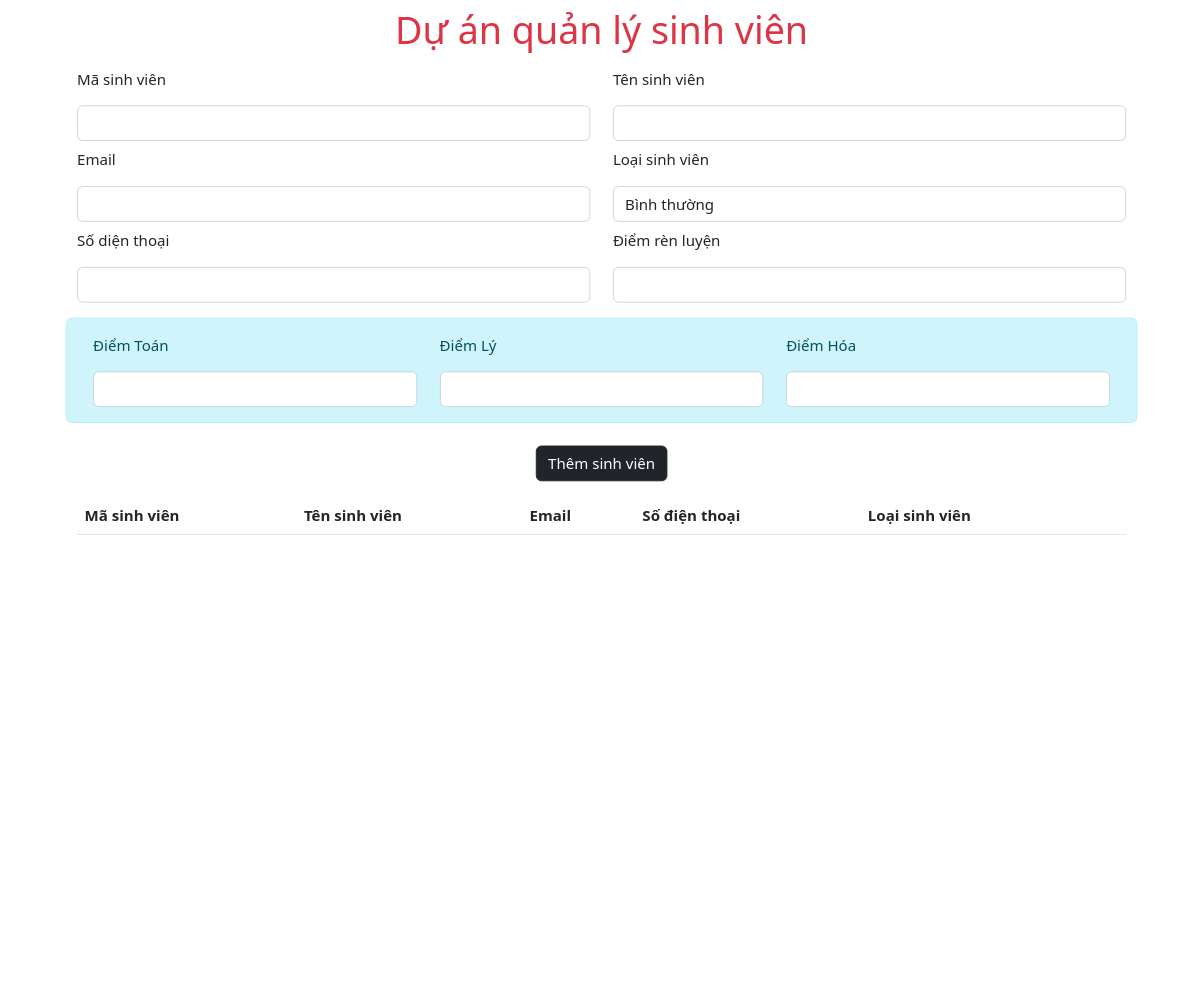
Repository: hcozyph/Cybersoft_JS_OOP
Page: index.html
An editor plug-in stored every save of this project. The page is shown before and after the next save, followed by the edit.
The browser window is 1280 px wide. The pictures show the whole page, at 94% of full size.

Above is the page before, as saved 2023-02-26 09:33:11.

After the next save:
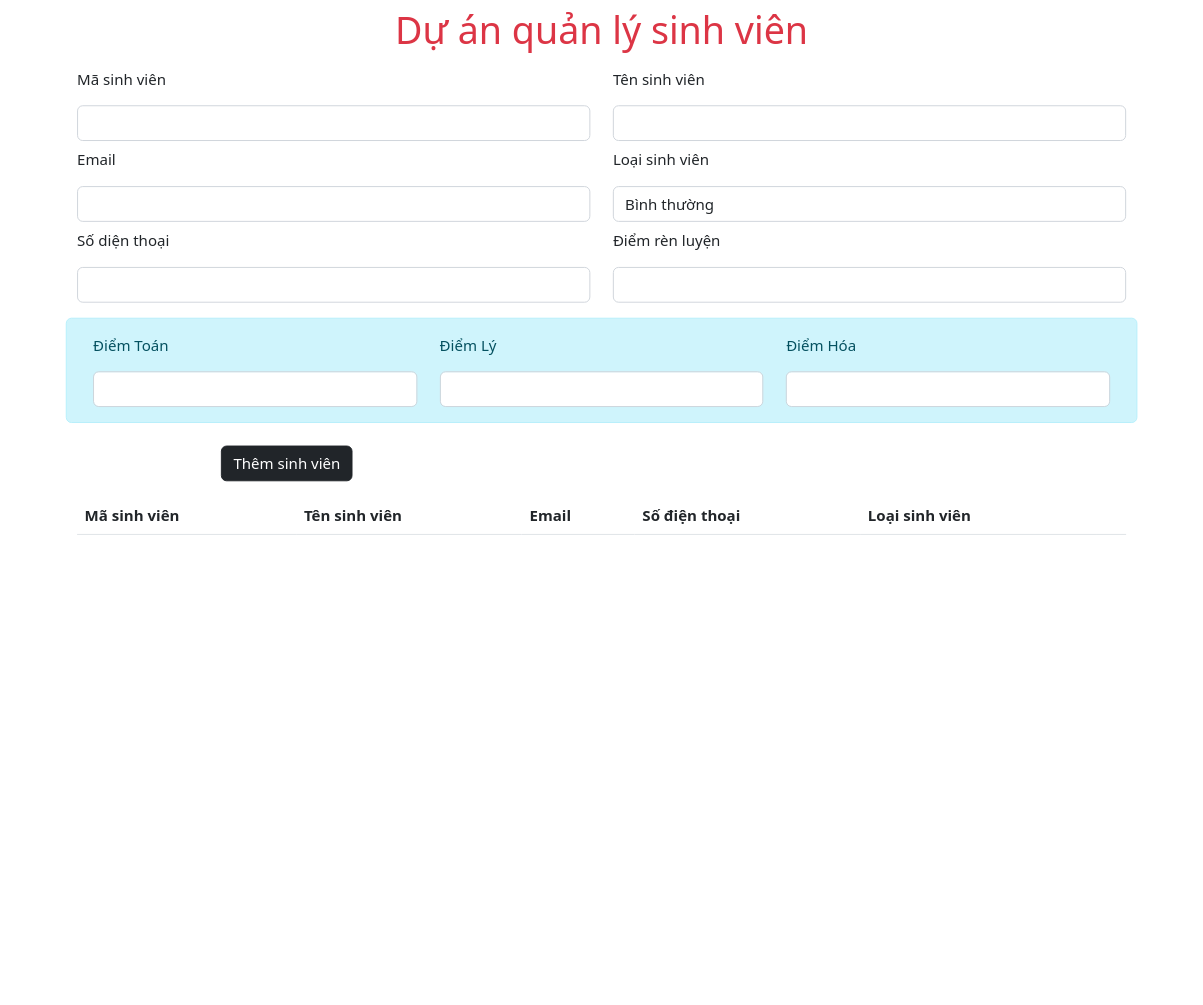
Saved 15 s later.
--- a/index.html
+++ b/index.html
@@ -84,7 +84,7 @@
                     </div>
                 </div>
 
-                <div class="mt-2 text-center">
+                <div class="my-2 text-center" style="width: 40%;">
                     <button class="btn btn-dark my-2" id="btnThemSinhVien">Thêm sinh viên</button>
                 </div>
 
